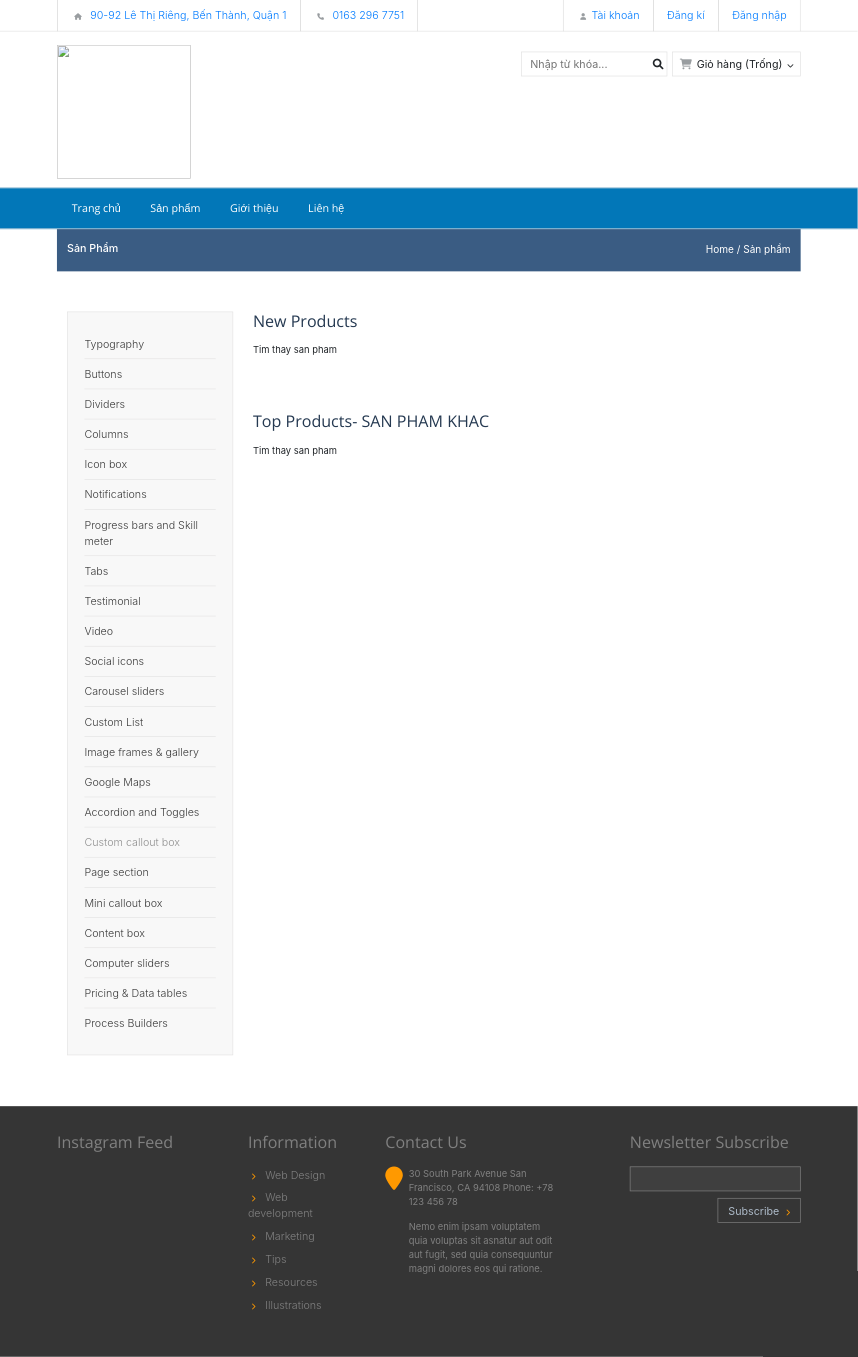
Repository: thidieu2005/Cake-Shop
Page: resources/views/page/loai_sanpham.blade.php
An editor plug-in stored every save of this project. The page is shown before and after the next save, followed by the edit.
The browser window is 1280 px wide. The pictures show the whole page, at 67% of full size.
Some web fonts or font styles are not loaded; a fallback is used. Some web libraries are served in a nearby version. The page is served by the project's Laravel application, run on PHP 8.4 with Laravel 10. The database holds what the project's SQL file puts in it. The template is opened directly, without the code that normally fills it, so the values that code supplies are empty.

Above is the page before, as saved 2025-03-13 11:24:12.

After the next save:
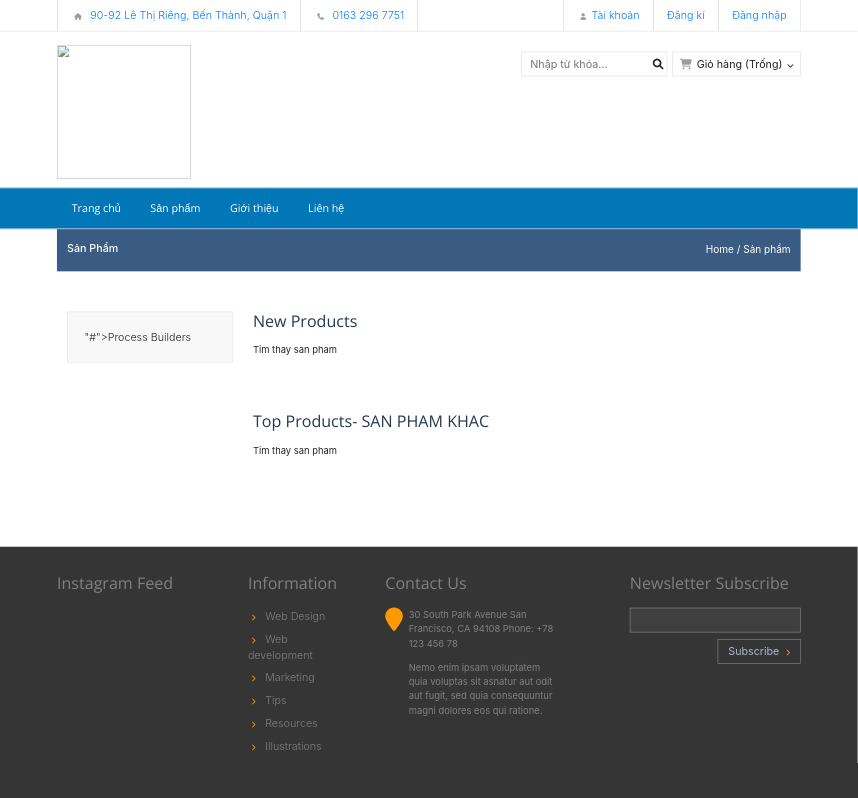
Saved 3 min 13 s later.
--- a/resources/views/page/loai_sanpham.blade.php
+++ b/resources/views/page/loai_sanpham.blade.php
@@ -45,29 +45,7 @@
             <div class="row">
                 <div class="col-sm-3">
                     <ul class="aside-menu">
-                        <li><a href="#">Typography</a></li>
-                        <li><a href="#">Buttons</a></li>
-                        <li><a href="#">Dividers</a></li>
-                        <li><a href="#">Columns</a></li>
-                        <li><a href="#">Icon box</a></li>
-                        <li><a href="#">Notifications</a></li>
-                        <li><a href="#">Progress bars and Skill meter</a></li>
-                        <li><a href="#">Tabs</a></li>
-                        <li><a href="#">Testimonial</a></li>
-                        <li><a href="#">Video</a></li>
-                        <li><a href="#">Social icons</a></li>
-                        <li><a href="#">Carousel sliders</a></li>
-                        <li><a href="#">Custom List</a></li>
-                        <li><a href="#">Image frames &amp; gallery</a></li>
-                        <li><a href="#">Google Maps</a></li>
-                        <li><a href="#">Accordion and Toggles</a></li>
-                        <li class="is-active"><a href="#">Custom callout box</a></li>
-                        <li><a href="#">Page section</a></li>
-                        <li><a href="#">Mini callout box</a></li>
-                        <li><a href="#">Content box</a></li>
-                        <li><a href="#">Computer sliders</a></li>
-                        <li><a href="#">Pricing &amp; Data tables</a></li>
-                        <li><a href="#">Process Builders</a></li>
+                        "#">Process Builders</a></li>
                     </ul>
                 </div>
                 <div class="col-sm-9">
